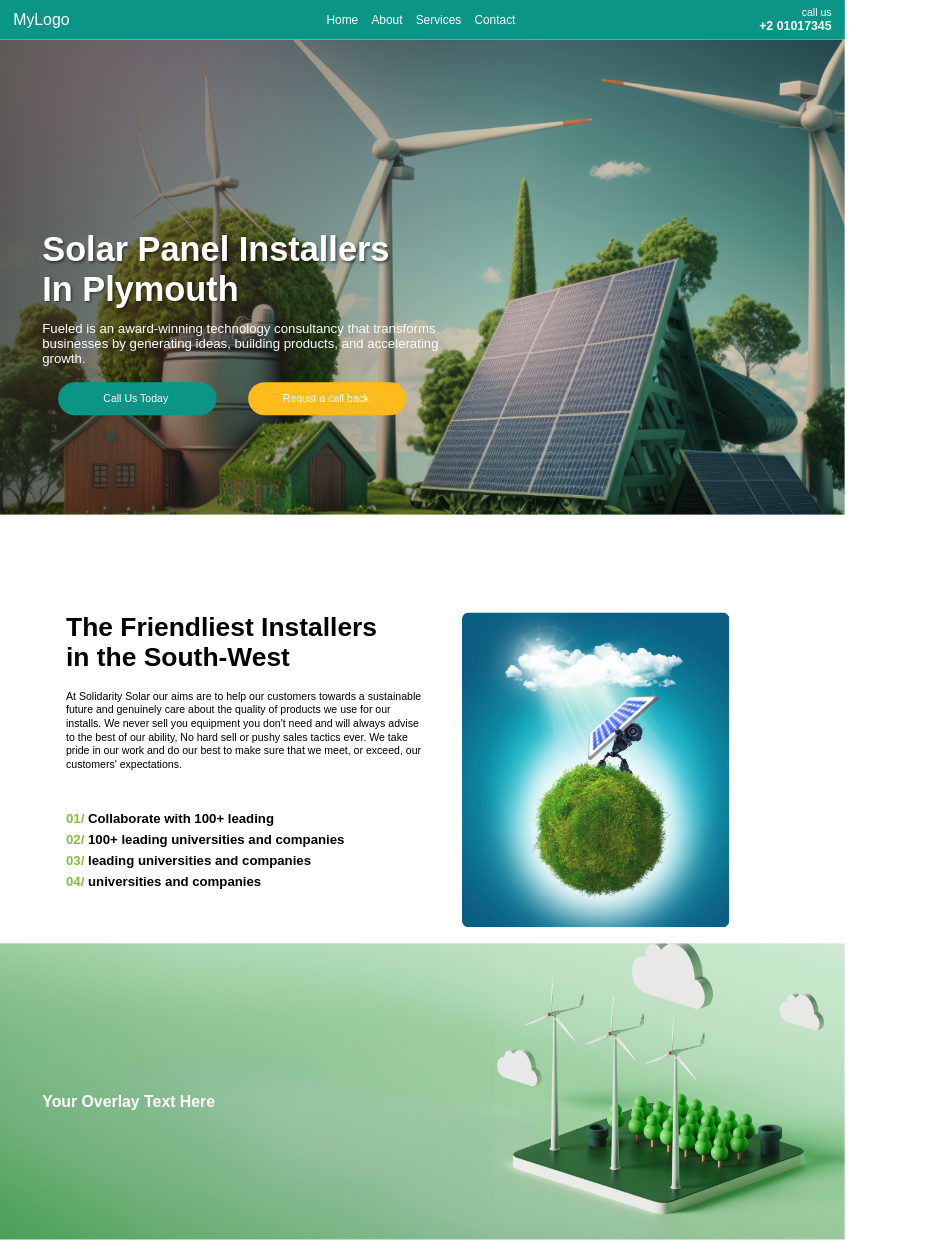
Repository: MaramNabil872/Landing-Page
Page: landingPage.html
An editor plug-in stored every save of this project. The page is shown before and after the next save, followed by the edit.
The browser window is 1280 px wide. The page is 1280 px wide, then 1440 px, then 1280 px, so the pictures cover 1440 px, including what lies to the right of the window. The pictures show the whole page, at 66% of full size.

Above is the page before, as saved 2024-10-20 21:34:25.

After the next save:
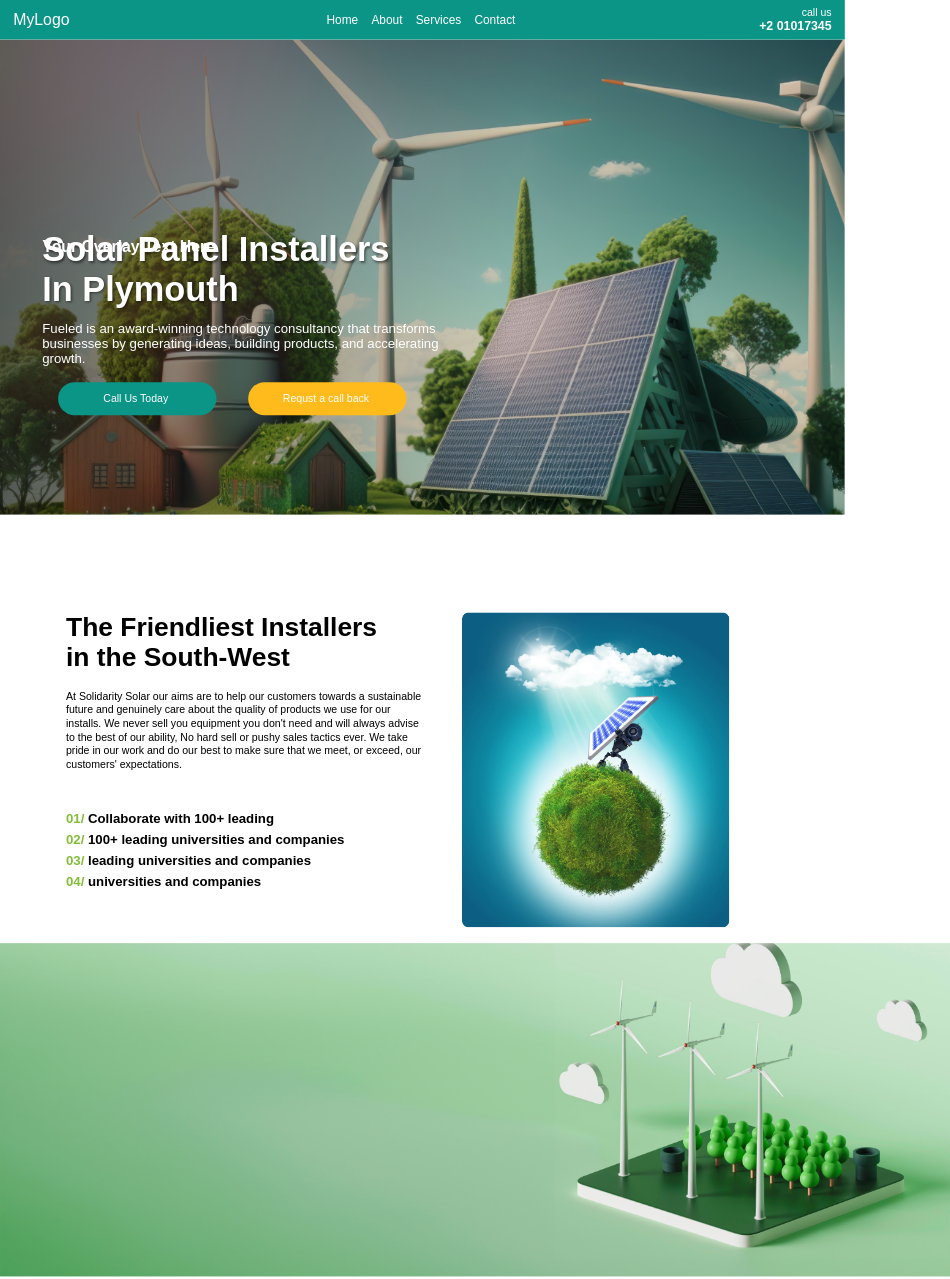
Saved 9 s later.
--- a/landingPage.html
+++ b/landingPage.html
@@ -92,7 +92,7 @@
 
         <!-- second section -->
 
-        <div class="full-width-image">
+        <div class="section2">
             <img src="images/middle.png" alt="img">
             <div class="overlay-text">
                 <h2>Your Overlay Text Here</h2>

After the 2 saves that followed:
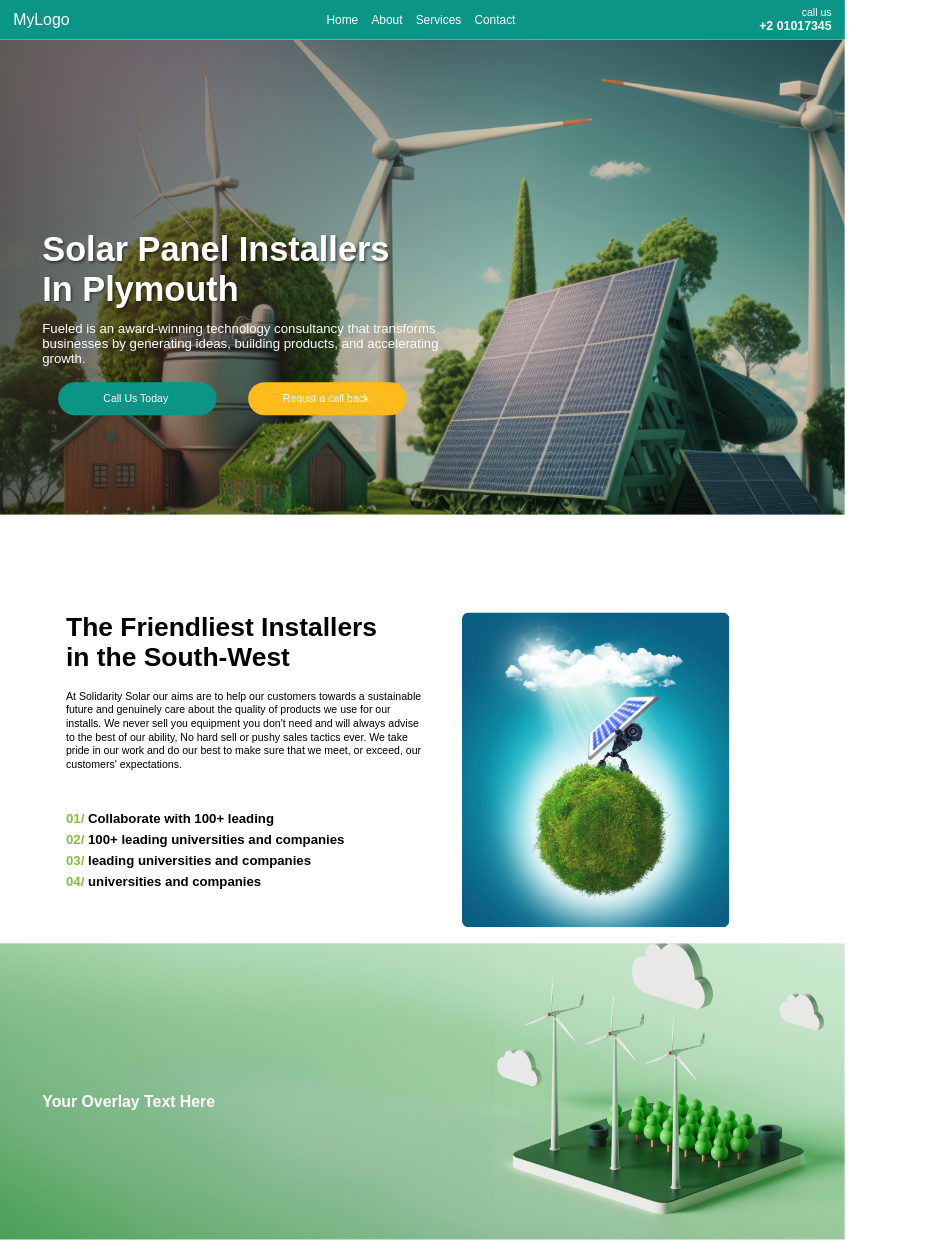
The 2 saves are shown as one change because they came seconds apart.
The last was saved 13 s later.
--- a/landingPage.css
+++ b/landingPage.css
@@ -167,13 +167,13 @@ padding-left: 5%;}
 }
 
 
-.full-width-image {
+.section2 {
     position: relative;
     width: 100%;
     overflow: hidden;
 }
 
-.full-width-image img {
+.section2 img {
     width: 100%;
     height: auto; }
 
